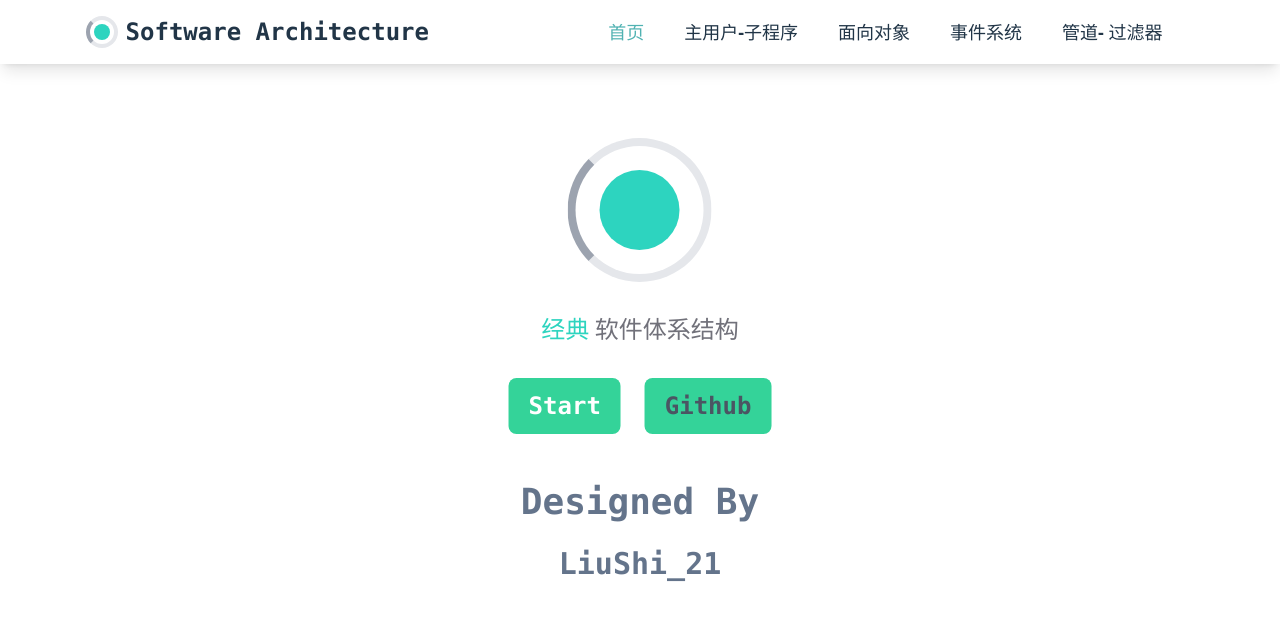
Repository: MarchRory/software_architecture_lab2
Page: / (app in lab2/)
An editor plug-in stored every save of this project. The page is shown before and after the next save, followed by the edit.
The browser window is 1280 px wide. The pictures show the whole page.
The project was rebuilt for these pictures with package versions that can differ from the ones it lists, and the page was loaded fresh each time. Also part of the build but not shown: lab2/vite.config.ts. Imported but missing from the stored project, and not drawn on this page: lab2/src/views/OOP/index.vue, lab2/src/views/PipFilter/index.vue, lab2/src/views/eventsSys/index.vue, lab2/src/views/mainChild/index.vue.

Above is the page before, as saved 2023-11-17 21:45:47.

### lab2/index.html
<!Doctype html>
<html lang="en">
  <head>
    <meta charset="UTF-8" />
    <link rel="icon" type="image/svg+xml" href="/vite.svg" />
    <meta name="viewport" content="width=device-width, initial-scale=1.0" />
    <title>经典软件体系结构</title>
  </head>
  <body>
    <div id="app"></div>
    <script type="module" src="/src/main.ts"></script>
  </body>
</html>

### lab2/src/main.ts
import { createApp } from 'vue'
import './style.css'
import './style/index.css'
import hljs from 'highlight.js/lib/core'
import 'highlight.js/styles/androidstudio.css'
import java from 'highlight.js/lib/languages/java'
import router from '@/router/index'
import pinia from '@/store/index'
import App from './App.vue'
import "tailwindcss/tailwind.css"
const vueApp = createApp(App)
hljs.registerLanguage('java', java)
// 高亮指令
vueApp.directive('highlight', (el) => {
    const blocks = el.querySelectorAll('pre code')
    blocks.forEach((block: any) => {
        hljs.highlightElement(block)
    })
})
vueApp.use(router).use(pinia).mount('#app')

### lab2/src/style.css
:root {
  font-family: Inter, system-ui, Avenir, Helvetica, Arial, sans-serif;
  line-height: 1.5;
  font-weight: 400;

  color-scheme: light dark;
  color: rgba(255, 255, 255, 0.87);
  background-color: #242424;

  font-synthesis: none;
  text-rendering: optimizeLegibility;
  -webkit-font-smoothing: antialiased;
  -moz-osx-font-smoothing: grayscale;
  -webkit-text-size-adjust: 100%;
}

a {
  font-weight: 500;
  color: #646cff;
  text-decoration: inherit;
}
a:hover {
  color: #535bf2;
}

body {
  margin: 0;
  display: flex;
  place-items: center;
  min-width: 320px;
  min-height: 100vh;
}

@media (prefers-color-scheme: light) {
  :root {
    color: #213547;
    background-color: #ffffff;
  }
  a:hover {
    color: #747bff;
  }
  button {
    background-color: #f9f9f9;
  }
}

### lab2/src/router/index.ts
import { createRouter, createWebHashHistory, RouteRecordRaw } from "vue-router";
export const routes: Array<RouteRecordRaw> = [
    {
        path: '/',
        name: 'hello',
        meta: {
            tabName: '主页'
        },
        component: () => import('@/layout/index.vue'),
        redirect: '/home',
        children: [
            {
                path: '/home',
                name: 'home',
                component: () => import('@/views/hello/index.vue'),
                meta: {
                    title: '首页'
                }
            }, {
                path: '/mainChild',
                name: 'mainChild',
                component: () => import('@/views/mainChild/index.vue'),
                meta: {
                    title: '主用户-子程序'
                }
            }, {
                path: '/OOP',
                name: "OOP",
                component: () => import('@/views/OOP/index.vue'),
                meta: {
                    title: '面向对象'
                }
            }, {
                path: '/eventSys',
                name: "eventSys",
                component: () => import("@/views/eventsSys/index.vue"),
                meta: {
                    title: '事件系统'
                }
            }, {
                path: '/pipFilter',
                name: "pipFilter",
                component: () => import('@/views/PipFilter/index.vue'),
                meta: {
                    title: "管道- 过滤器"
                }
            }
        ]
    },
]

const router = createRouter({
    history: createWebHashHistory(),
    routes
})

export default router

### lab2/src/store/index.ts
import { createPinia } from 'pinia';

const stores = createPinia();

export default stores;

### lab2/src/App.vue
<script setup lang="ts">
	import { defineAsyncComponent } from 'vue';
	import { useRouter } from 'vue-router';
	const router = useRouter();
</script>

<template>
	<div id="app">
		<router-view></router-view>
	</div>
</template>

<style>
	#app {
		width: 100vw;
		height: 100vh;
	}

	::-webkit-scrollbar {
		width: 8px;
	}

	::-webkit-scrollbar-thumb {
		background-color: rgb(69, 199, 202);
		border-radius: 15px;
	}

	::-moz-scrollbar {
		width: 8px;
	}

	::-moz-scrollbar-thumb {
		background-color: rgb(69, 199, 202);
	}
</style>

### lab2/src/layout/index.vue
<script setup lang="ts">
	import { defineAsyncComponent } from 'vue';
	const Navbar = defineAsyncComponent(() => import('./navbar.vue'));
	const APPMain = defineAsyncComponent(() => import('./Main.vue'));
</script>

<template>
	<div class="flex flex-col items-center w-full h-full">
		<Navbar />
		<APPMain class="flex-1" />
	</div>
</template>

### lab2/src/views/hello/index.vue
<script setup lang="ts">
	import { useRouter } from 'vue-router';
	const router = useRouter();
	function enterPage() {
		router.push({
			path: '/mainChild',
		});
	}
</script>

<template>
	<div
		style="position: absolute; left: 50%; top: 50%; transform: translate(-50%, -50%)"
		class="flex flex-col items-center justify-around h-fit"
	>
		<div
			class="flex items-center justify-center mb-8 border-8 rounded-full w-36 h-36 border-l-gray-400"
		>
			<div class="w-20 h-20 bg-teal-400 rounded-full"></div>
		</div>
		<div class="mb-8 space-x-2 text-2xl font-bold text-zinc-500">
			<span class="text-teal-400">经典</span>
			软件体系结构
		</div>
		<div class="flex items-center justify-between" style="width: 110%">
			<div
				@click="enterPage"
				class="flex items-center justify-center px-5 py-3 font-mono text-2xl font-bold text-white rounded-lg hover:cursor-pointer bg-emerald-400"
			>
				Start
			</div>
			<a
				href="https://github.com/MarchRory"
				target="_blank"
				class="flex items-center justify-center px-5 py-3 font-mono text-2xl font-bold text-gray-600 rounded-lg hover:cursor-pointer bg-emerald-400"
			>
				Github
			</a>
		</div>

		<div class="flex flex-col justify-center mt-12 font-mono font-bold w-fit text-slate-500">
			<div class="text-4xl">Designed By</div>
			<br />
			<div style="margin: 0 auto" class="text-3xl">LiuShi_21</div>
		</div>
	</div>
</template>

<style scoped></style>

### lab2/src/layout/navbar.vue
<script setup lang="ts">
	import { useRouter, useRoute, RouteRecordRaw } from 'vue-router';
	import { routes } from '@/router';
	import { ref } from 'vue';
	const router = useRouter();
	const route = useRoute();
	const Navlist = ref();
	function initNav() {
		Navlist.value = routes[0].children?.map((route: RouteRecordRaw) => {
			return {
				path: route.path,
				title: route?.meta.title,
			};
		});
	}
	initNav();
	function switchTab(path: string) {
		router.push({
			path: path,
		});
	}
</script>

<template>
	<div class="flex items-center justify-around w-full h-16 shadow-lg">
		<ul class="flex items-center justify-start list-none">
			<li class="flex items-center justify-center w-8 h-8 border-4 rounded-full border-l-gray-400">
				<div class="w-4 h-4 bg-teal-400 rounded-full"></div>
			</li>
			<li class="font-mono text-2xl navFont">Software Architecture</li>
		</ul>
		<ul class="flex min-w-fit">
			<li
				@click="switchTab(navItem.path)"
				class="mr-8 font-sans text-lg transition-all navFont hover:cursor-pointer"
				:class="[route.path == navItem.path ? 'active' : '']"
				v-for="(navItem, index) in Navlist"
				:key="index"
			>
				{{ navItem.title }}
			</li>
		</ul>
	</div>
</template>

<style scoped>
	.navFont {
		@apply ml-2 font-bold;
	}
	.active {
		color: rgb(80, 178, 178);
	}
	/* 	.active::before {
		display: block;
		content: '';
		position: absolute;
		width: 12px;
		height: 12px;
		border-radius: 50%;
		background-color: rgb(80, 178, 178);
		transform: translate(100%, 50%);
	} */
</style>

### lab2/src/layout/Main.vue
<script setup lang="ts">
	import { nextTick, ref, watch } from 'vue';
	import { useScrollStore } from '@/store/modules/scroll/index';
	import { useScroll } from '@/hooks/useScroll';
	import router from '@/router';
	const scrollStore = useScrollStore();
	scrollStore.init();
	const main = ref<HTMLDivElement>();
	const { pageScroll } = useScroll();
	router.beforeEach((to, from, next) => {
		pageScroll.value = 0;
		if (main.value) {
			scrollStore.update(from.fullPath, main.value.scrollTop);
			next();
		}
	});
	router.afterEach((to, from) => {
		nextTick(() => {
			if (main.value) {
				main.value.scrollTop = scrollStore.useScroll(to.fullPath) as number;
			}
		});
	});
	watch(
		() => pageScroll.value,
		(newV) => {
			let scrollTopTo = newV;
			if (main.value)
				main.value.scrollTo({ top: scrollTopTo > 0 ? scrollTopTo : 0, behavior: 'smooth' });
		},
	);
</script>

<template>
	<div class="w-full h-auto px-56 pt-4 overflow-auto" ref="main">
		<router-view v-slot="{ Component }">
			<keep-alive>
				<component :is="Component" />
			</keep-alive>
		</router-view>
	</div>
</template>

### lab2/src/store/modules/scroll/index.ts
import { defineStore } from "pinia";
import { routes } from "@/router";
import { RouteRecordRaw } from "vue-router";
interface ScrollType {
    scrollMap: Map<string, number>
}
export const useScrollStore = defineStore('useScrollStore', {
    state: (): ScrollType => {
        return {
            scrollMap: new Map()
        }
    },
    actions: {
        init(): void {
            const paths = routes[0].children?.map((route: RouteRecordRaw) => {
                return {
                    path: route.path,
                };
            });
            paths?.forEach((item, index) => {
                this.scrollMap.set(item.path, 0)
            })
        },
        update(routePath: string, scrollTop: number): void {
            this.scrollMap.set(routePath, scrollTop)
        },
        useScroll(routePath: string): number | undefined {
            return this.scrollMap.get(routePath)
        }
    }
})

### lab2/src/hooks/useScroll.ts

import { ComponentInternalInstance, getCurrentInstance, ref } from 'vue'
const pageScroll = ref(0)
export const useScroll = () => {
    return {
        pageScroll
    }
}

Loaded but not shown: lab2/src/style/index.css (common file); lab2/tailwind.config.js (common file)

After the next save:
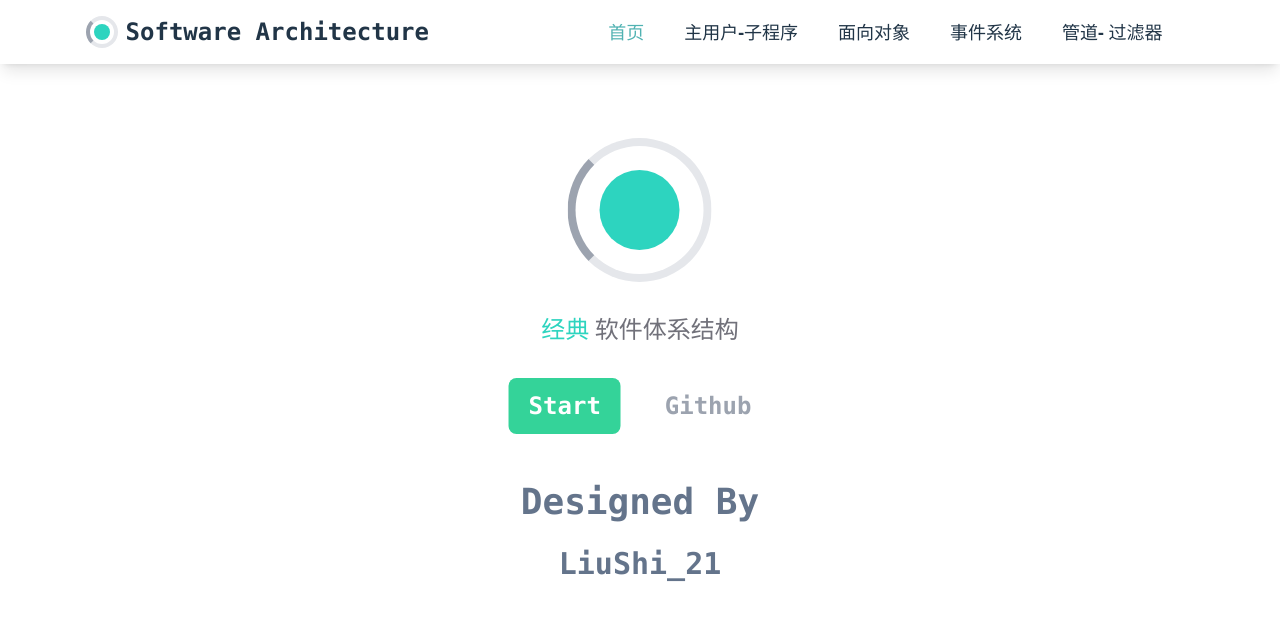
Saved 10 s later.
--- a/lab2/src/views/hello/index.vue
+++ b/lab2/src/views/hello/index.vue
@@ -32,7 +32,7 @@
 			<a
 				href="https://github.com/MarchRory"
 				target="_blank"
-				class="flex items-center justify-center px-5 py-3 font-mono text-2xl font-bold text-gray-600 rounded-lg hover:cursor-pointer bg-emerald-400"
+				class="flex items-center justify-center px-5 py-3 font-mono text-2xl font-bold text-gray-400 rounded-lg hover:cursor-pointer"
 			>
 				Github
 			</a>
